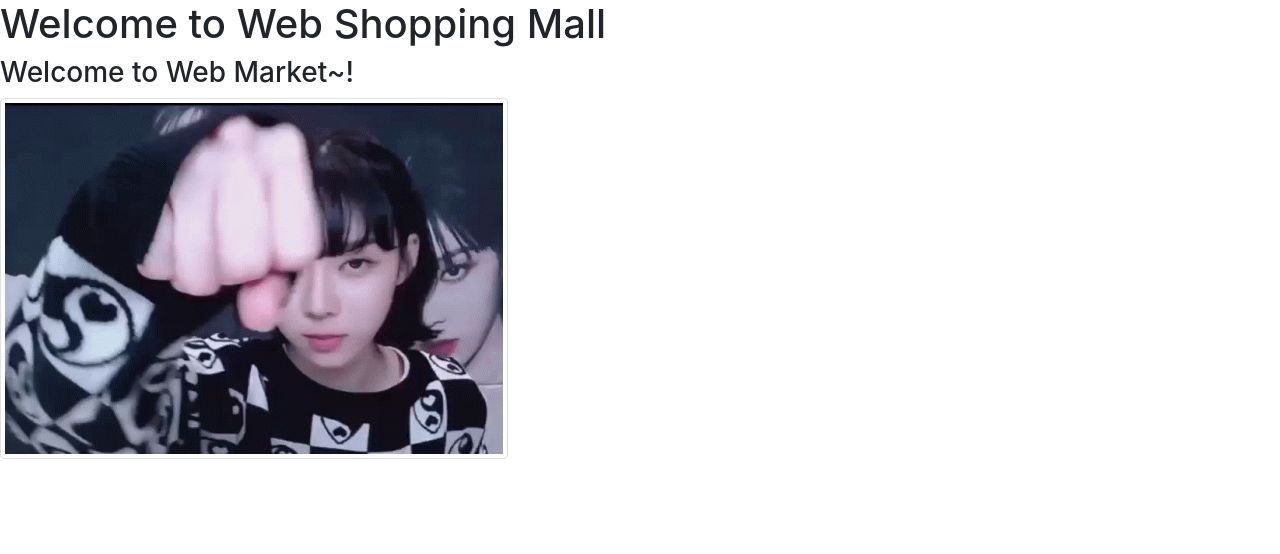
Repository: mi-ci/ai
Page: http://localhost/WebMarket/welcome.jsp
These files come from the project's save history. The page is drawn as it stood at one moment and after the next save; the edit follows.
The browser window is 1280 px wide. The pictures show the whole page.
The page is served by Tomcat 9.

Above is the page before, as saved 2024-01-16 08:21:16.

After the next save:
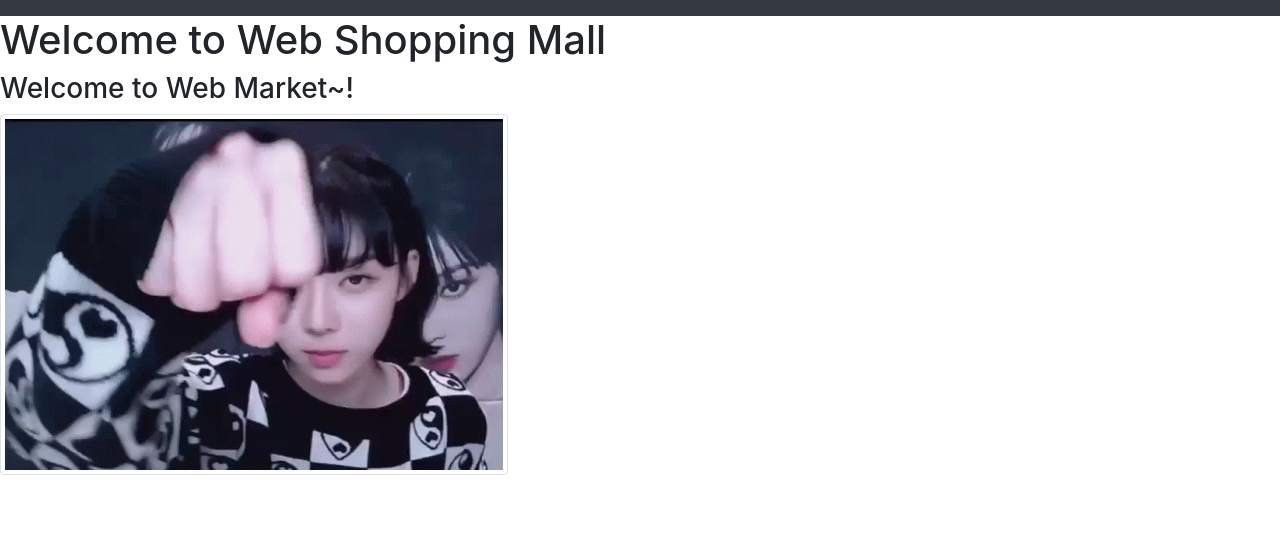
Saved 8 min 2 s later.
--- a/WebMarket/src/main/webapp/welcome.jsp
+++ b/WebMarket/src/main/webapp/welcome.jsp
@@ -8,7 +8,9 @@
 <link rel="stylesheet" href="https://cdn.jsdelivr.net/npm/bootstrap@4.0.0/dist/css/bootstrap.min.css" integrity="sha384-Gn5384xqQ1aoWXA+058RXPxPg6fy4IWvTNh0E263XmFcJlSAwiGgFAW/dAiS6JXm" crossorigin="anonymous">
 </head>
 <body>
+	<nav class ="navbar navbar-expand navbar-dark bg-dark">
 
+	</nav>
 	<%! String greeting = "Welcome to Web Shopping Mall";
 		String tagline = "Welcome to Web Market~!";
 	%>

After the save that followed:
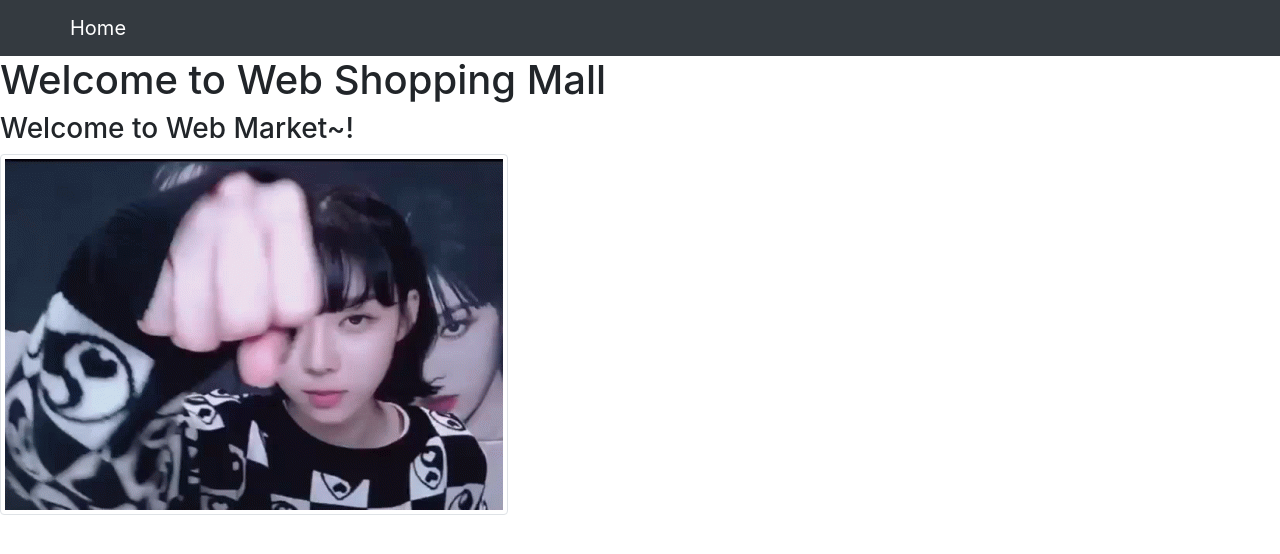
Saved 2 min 23 s later.
--- a/WebMarket/src/main/webapp/welcome.jsp
+++ b/WebMarket/src/main/webapp/welcome.jsp
@@ -9,7 +9,11 @@
 </head>
 <body>
 	<nav class ="navbar navbar-expand navbar-dark bg-dark">
-
+	 	<div class= "container">
+	 		<div class = "navbar-header">
+	 			<a class = "navbar-brand" href="welcome.jsp">Home</a>
+	 		</div>
+		</div>
 	</nav>
 	<%! String greeting = "Welcome to Web Shopping Mall";
 		String tagline = "Welcome to Web Market~!";
